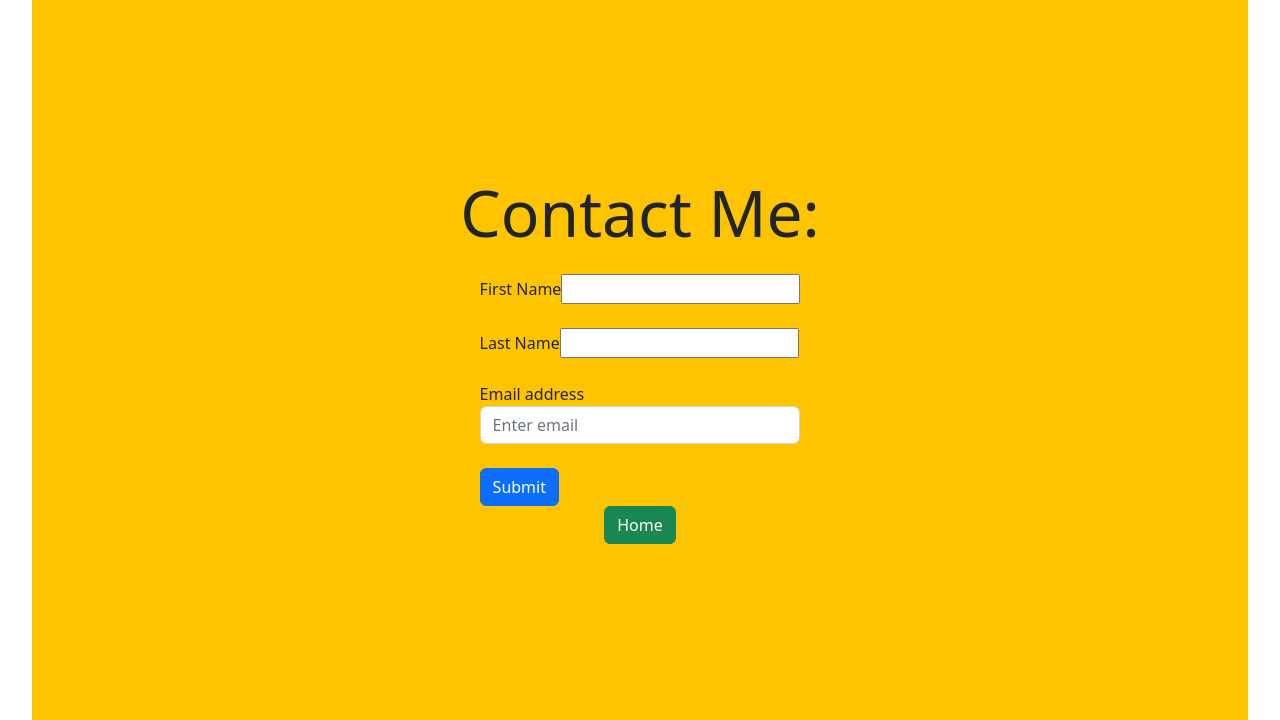
Repository: collegedude9300/zenschool
Page: /Login
An editor plug-in stored every save of this project. The page is shown before and after the next save, followed by the edit.
The browser window is 1280 px wide. The pictures show the whole page.
The project was rebuilt for these pictures with package versions that can differ from the ones it lists, and the page was loaded fresh each time. The framework's server and built-in components were replaced by stand-ins that run in the browser. Also part of the build but not shown: next.config.js.

Above is the page before, as saved 2022-11-08 13:57:05.

After the next save:
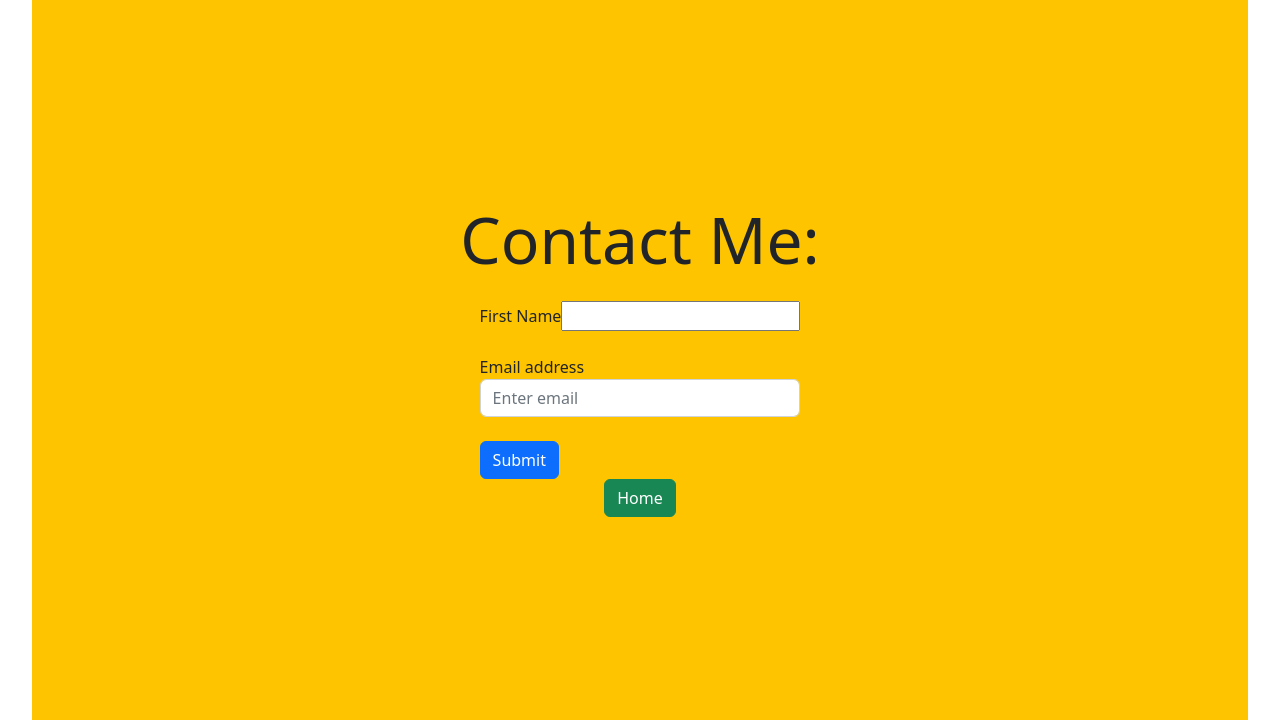
Saved 113 s later.
--- a/pages/Login.js
+++ b/pages/Login.js
@@ -18,23 +18,19 @@ export default function Login() {
   const handleSubmit = (e) => {
     e.preventDefault();
     const email = document.getElementById("email").value;
-    const firstName = document.getElementById("firstName").value;
-    const lastName = document.getElementById("lastName").value;
-    if (validateEmail(email) && validateFirstName(firstName) && validateLastName(lastName))
+    const name = document.getElementById("name").value;
+
+    if (validateEmail(email) && validateFirstName(name))
     {
       document.getElementById("email").value = "";
-      document.getElementById("firstName").value = "";
-      document.getElementById("lastName").value = "";
+      document.getElementById("name").value = "";
       alert("Form submitted successfully");
     }
     else if (!validateEmail(email)) {
       alert("Please enter a valid email address");
     }
-    else if (!validateFirstName(firstName)) {
+    else if (!validateFirstName(name)) {
       alert("Please enter a valid first name");
-    }
-    else if (!validateLastName(lastName)) {
-      alert("Please enter a valid last name");
     }
     else
     {
@@ -58,12 +54,8 @@ export default function Login() {
             <form onSubmit={handleSubmit}>
             <br></br>
               <div className="form-group">
-              <label htmlFor="firstName">First Name</label>
-			<input type="text" name="firstName" id="firstName" placeholder=""/>
-      <br></br>
-      <br></br>
-			<label htmlFor="lastName">Last Name</label>
-			<input type="text" name="lastName" id="lastName" placeholder=""/>
+              <label htmlFor="name">First Name</label>
+			<input type="text" name="name" id="name" placeholder=""/>
       <br></br>
       <br></br>
                 <label htmlFor="email">Email address</label>
